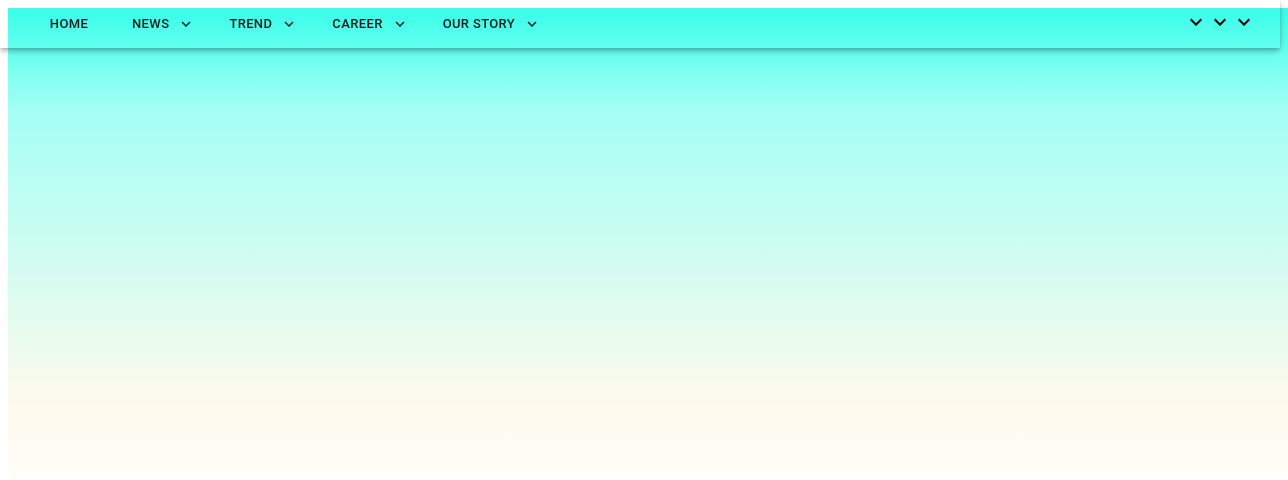
Repository: menamerai/fixi-vn-alpha
Page: /
These files come from the project's save history. The page is drawn as it stood at one moment and after the next save; the edit follows.
The browser window is 1280 px wide. The page is 1288 px wide, so the pictures cover 1288 px, including what lies to the right of the window. The pictures show the whole page.
The project was rebuilt for these pictures with package versions that can differ from the ones it lists, and the page was loaded fresh each time. Also part of the build but not shown: src/App.css.

Above is the page before, as saved 2020-09-23 21:55:54.

### src/App.js
import React from 'react';
import NavBar from './components/NavBar';
import HomePage from './components/HomePage';
import './css/App.css';
import { BrowserRouter, Route } from 'react-router-dom';

function App() {
  return (
    <BrowserRouter>
      <div className="app">
        <NavBar />
        <Route exact path="/">
          <HomePage />
        </Route>
      </div>
    </BrowserRouter>
  );
}

export default App;

### src/components/NavBar.jsx
import React from "react";
import {
  AppBar,
  Toolbar,
  Button,
  Menu,
  MenuItem,
  Box,
} from "@material-ui/core";
import ExpandMoreIcon from "@material-ui/icons/ExpandMore";
import { useHistory } from "react-router-dom";
import '../css/NavBar.css';

const NavBar = () => {
  const history = useHistory();
  // Add menu anchors (?)
  const [anchor, setAnchor] = React.useState({
    news: null,
    trend: null,
    career: null,
    story: null,
  });

  const handleClose = (event) => {
    setAnchor({
      news: null,
      trend: null,
      career: null,
      story: null,
    });
    // console.log(event.currentTarget.id.match(/-[\s\S]+/gi));
    const btnClicked = event.currentTarget.id.match(/(?<=-)([\s\S]+)/g);
    if (btnClicked) {
      history.push("/" + btnClicked[0]);
    }
  };

  const handleClick = (event) => {
    switch (event.currentTarget.id) {
      case "news-btn":
        setAnchor({ news: event.currentTarget });
        break;
      case "trend-btn":
        setAnchor({ trend: event.currentTarget });
        break;
      case "career-btn":
        setAnchor({ career: event.currentTarget });
        break;
      case "story-btn":
        setAnchor({ story: event.currentTarget });
        break;
      default:
        console.log("none detected.");
        break;
    }
  };

  const styles = {
    button: {
      marginLeft: "1em",
      marginRight: "1em",
    },
  };

  return (
    <AppBar position="fixed" color="transparent">
      <Toolbar variant="dense" id="navbar" component="nav">
        <Box className="buttons">
          <Button
            size="small"
            style={styles.button}
            onClick={() => history.push("/")}
          >
            Home
          </Button>
          <Button
            endIcon={<ExpandMoreIcon />}
            size="small"
            style={styles.button}
            onClick={handleClick}
            aria-controls="news-menu"
            aria-haspopup="true"
            id="news-btn"
          >
            News
          </Button>
          <Menu
            id="news-menu"
            anchorEl={anchor.news}
            open={Boolean(anchor.news)}
            onClose={handleClose}
            getContentAnchorEl={null}
            anchorOrigin={{ vertical: "bottom", horizontal: "center" }}
            transformOrigin={{ vertical: "top", horizontal: "center" }}
          >
            <MenuItem id="news-news1" onClick={handleClose}>
              News1
            </MenuItem>
            <MenuItem id="news-news2" onClick={handleClose}>
              News2
            </MenuItem>
          </Menu>
          <Button
            endIcon={<ExpandMoreIcon />}
            size="small"
            style={styles.button}
            onClick={handleClick}
            aria-controls="trend-menu"
            aria-haspopup="true"
            id="trend-btn"
          >
            Trend
          </Button>
          <Menu
            id="trend-menu"
            anchorEl={anchor.trend}
            open={Boolean(anchor.trend)}
            onClose={handleClose}
            getContentAnchorEl={null}
            anchorOrigin={{ vertical: "bottom", horizontal: "center" }}
            transformOrigin={{ vertical: "top", horizontal: "center" }}
          >
            <MenuItem id="trend-trend1" onClick={handleClose}>
              Trend1
            </MenuItem>
            <MenuItem id="trend-trend2" onClick={handleClose}>
              Trend2
            </MenuItem>
          </Menu>
          <Button
            endIcon={<ExpandMoreIcon />}
            size="small"
            style={styles.button}
            onClick={handleClick}
            aria-controls="career-menu"
            aria-haspopup="true"
            id="career-btn"
          >
            Career
          </Button>
          <Menu
            id="career-menu"
            anchorEl={anchor.career}
            open={Boolean(anchor.career)}
            onClose={handleClose}
            getContentAnchorEl={null}
            anchorOrigin={{ vertical: "bottom", horizontal: "center" }}
            transformOrigin={{ vertical: "top", horizontal: "center" }}
          >
            <MenuItem id="career-career1" onClick={handleClose}>
              Career1
            </MenuItem>
            <MenuItem id="career-career2" onClick={handleClose}>
              Career2
            </MenuItem>
          </Menu>
          <Button
            endIcon={<ExpandMoreIcon />}
            size="small"
            style={styles.button}
            aria-controls="story-menu"
            aria-haspopup="true"
            onClick={handleClick}
            id="story-btn"
          >
            Our Story
          </Button>
          <Menu
            id="story-menu"
            anchorEl={anchor.story}
            open={Boolean(anchor.story)}
            onClose={handleClose}
            getContentAnchorEl={null}
            anchorOrigin={{ vertical: "bottom", horizontal: "center" }}
            transformOrigin={{ vertical: "top", horizontal: "center" }}
          >
            <MenuItem id="story-story1" onClick={handleClose}>
              Story1
            </MenuItem>
            <MenuItem id="story-story2" onClick={handleClose}>
              Story2
            </MenuItem>
          </Menu>
        </Box>
        <Box classname="icons">
          <ExpandMoreIcon />
          <ExpandMoreIcon />
          <ExpandMoreIcon />
        </Box>
      </Toolbar>
    </AppBar>
  );
};

export default NavBar;

### src/components/HomePage.jsx
import React from "react";
import { Typography, Box } from "@material-ui/core";
import '../css/HomePage.css';

const palette = {
  cyan: "#8AFFF2",
  white: "#FFFFFF",
};

const HomePage = () => {
  return (
    <Box id="home">

    </Box>
  );
};

export default HomePage;

### src/css/NavBar.css
#navbar {
    display: flex;
    flex-direction: row;
    justify-content: space-between;
    align-items: center;
}

### src/css/HomePage.css
#home {
    width: 100vw;
    height: 500px;
    background: rgb(255,255,255);
    background: linear-gradient(0deg, rgba(255,255,255,1) 0%, rgba(255,250,237,1) 20%, rgba(163,255,245,1) 80%, rgba(56,255,233,1) 100%);
}

Loaded but not shown: public/index.html (common file); src/index.js (common file); src/serviceWorker.js (common file)

After the next save:
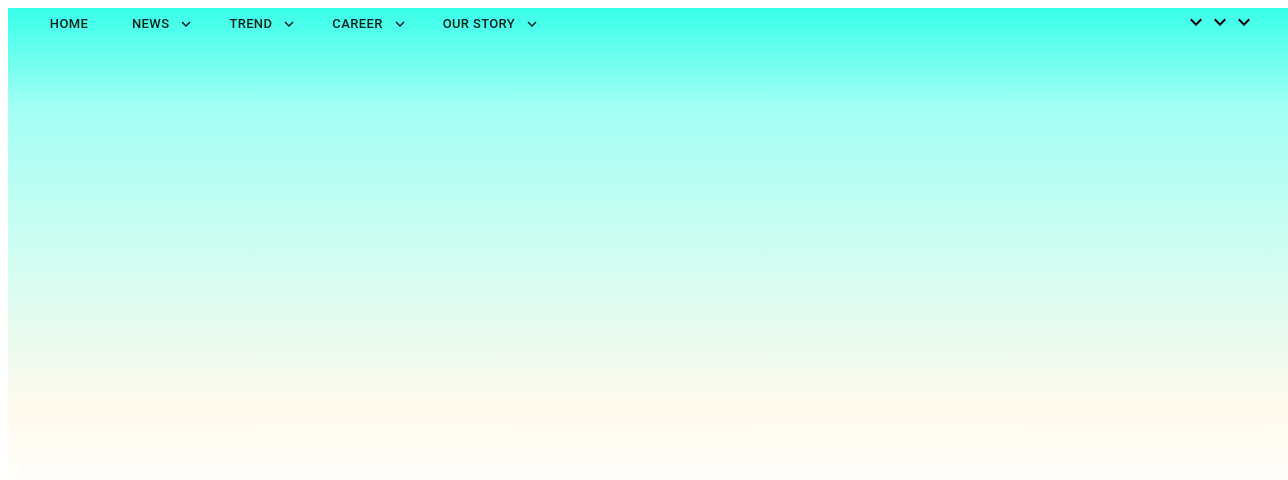
Saved 86 s later.
--- a/src/components/NavBar.jsx
+++ b/src/components/NavBar.jsx
@@ -63,7 +63,7 @@
   };
 
   return (
-    <AppBar position="fixed" color="transparent">
+    <AppBar position="fixed" color="transparent" elevation={0}>
       <Toolbar variant="dense" id="navbar" component="nav">
         <Box className="buttons">
           <Button
